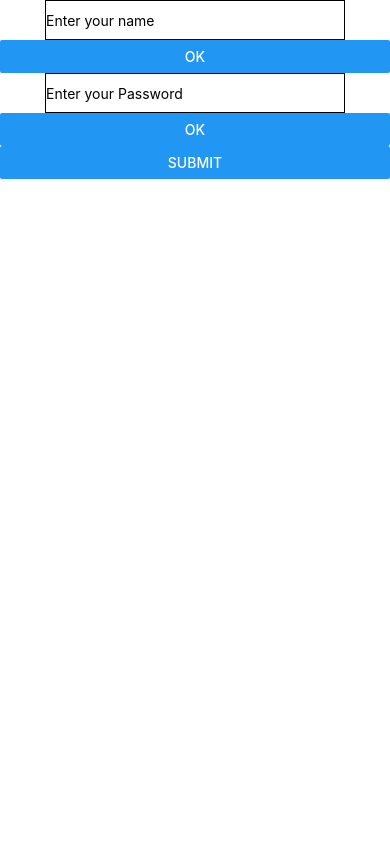
Repository: vsangavi/ReactNative-Form
Screen: /
The author's editor kept a copy of each file at every save. The screen is drawn from the files as they stood at one save, then again after the next save.
The app was drawn by React Native's web renderer in a window 390 px wide. The project was rebuilt for these pictures with package versions that can differ from the ones it lists, and the page was loaded fresh each time.

Above is the screen before, as saved 2020-10-02 08:19:08.

After the next save:
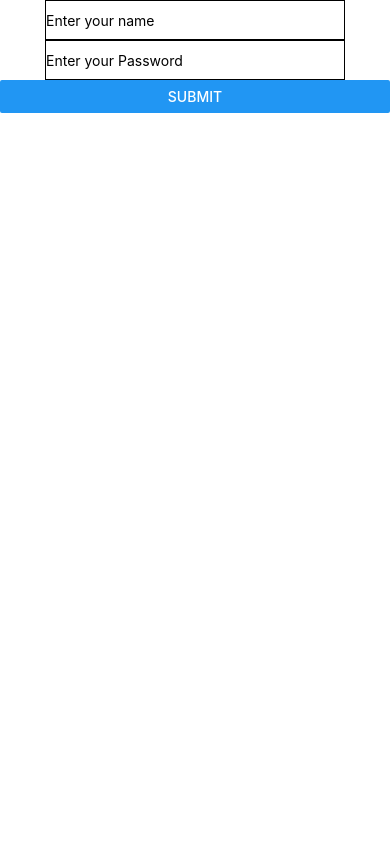
Saved 18 s later.
--- a/Input.js
+++ b/Input.js
@@ -36,7 +36,6 @@ const Input = (props) => {
         type={type}
         {...props}
       />
-      <Button title="ok" onPress={() => console.log(value)}></Button>
     </View>
   );
 };
